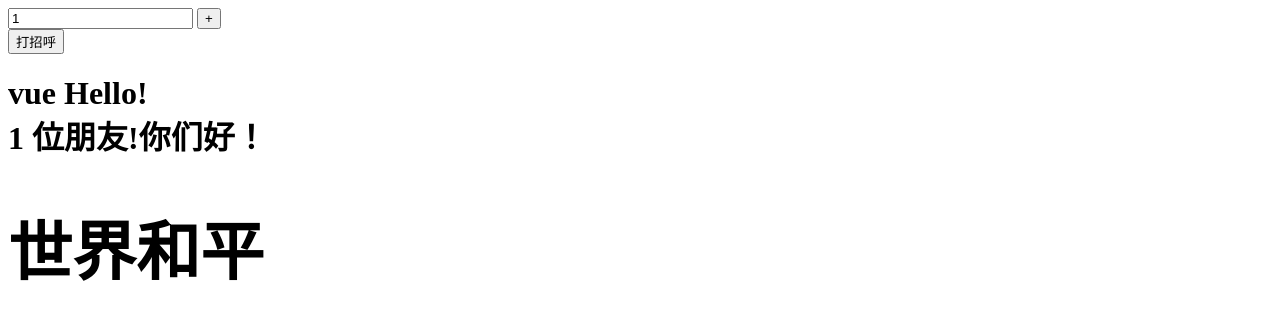
Repository: SOROoi/Web_front-end
Page: Web01_Vue/src/main/webapp/index.html
An editor plug-in stored every save of this project. The page is shown before and after the next save, followed by the edit.
The browser window is 1280 px wide. The pictures show the whole page.

Above is the page before, as saved 2020-07-11 08:47:55.

### Web01_Vue/src/main/webapp/index.html
<!DOCTYPE html>
<html>
<head>
<meta charset="UTF-8">
<title>Insert title here</title>
<script src="js/vue.js"></script>

</head>
<body>
	<div id="app">
		<input type="text" v-model="num" @click="num++">
		<button @click="num++">+</button><br>
		<button @click="sayhi('大家都好！')">打招呼</button>
		<h1>
			<span v-text="name"></span> Hello! <br> {{num}} 位朋友!{{message}}<br>
			<span v-html="word"></span>
		</h1>
	</div>
</body>

<script>
	new Vue({
		el : "#app",
		data : {
			name : "vue",
			num : 1,
			message : "你们好！",
			word : "<h1>世界和平</h1>"
		},
		methods : {
			sayhi : function(msg) {
				this.message = msg;
			}
		},
		created : function() {
			console.log("Vue实例创建了");
		},
	});
</script>
</html>

Loaded but not shown: Web01_Vue/src/main/webapp/js/vue.js (library)

After the next save:
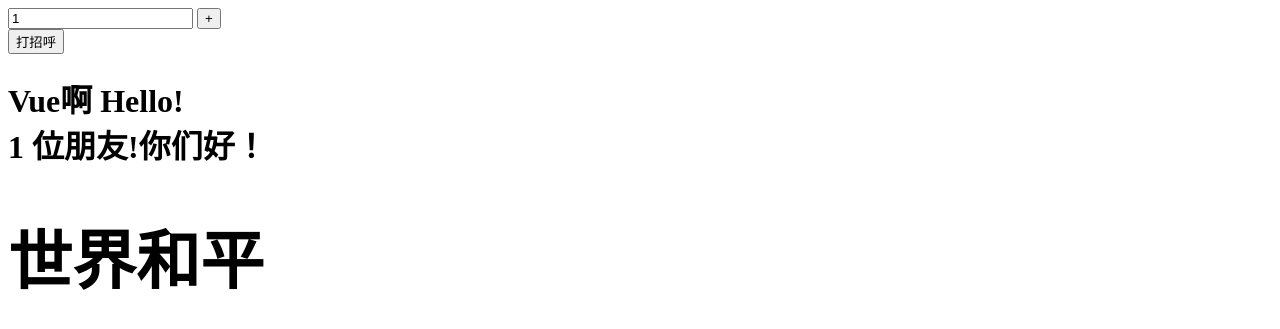
Saved 25 s later.
--- a/Web01_Vue/src/main/webapp/index.html
+++ b/Web01_Vue/src/main/webapp/index.html
@@ -22,7 +22,7 @@
 	new Vue({
 		el : "#app",
 		data : {
-			name : "vue",
+			name : "Vue啊",
 			num : 1,
 			message : "你们好！",
 			word : "<h1>世界和平</h1>"
